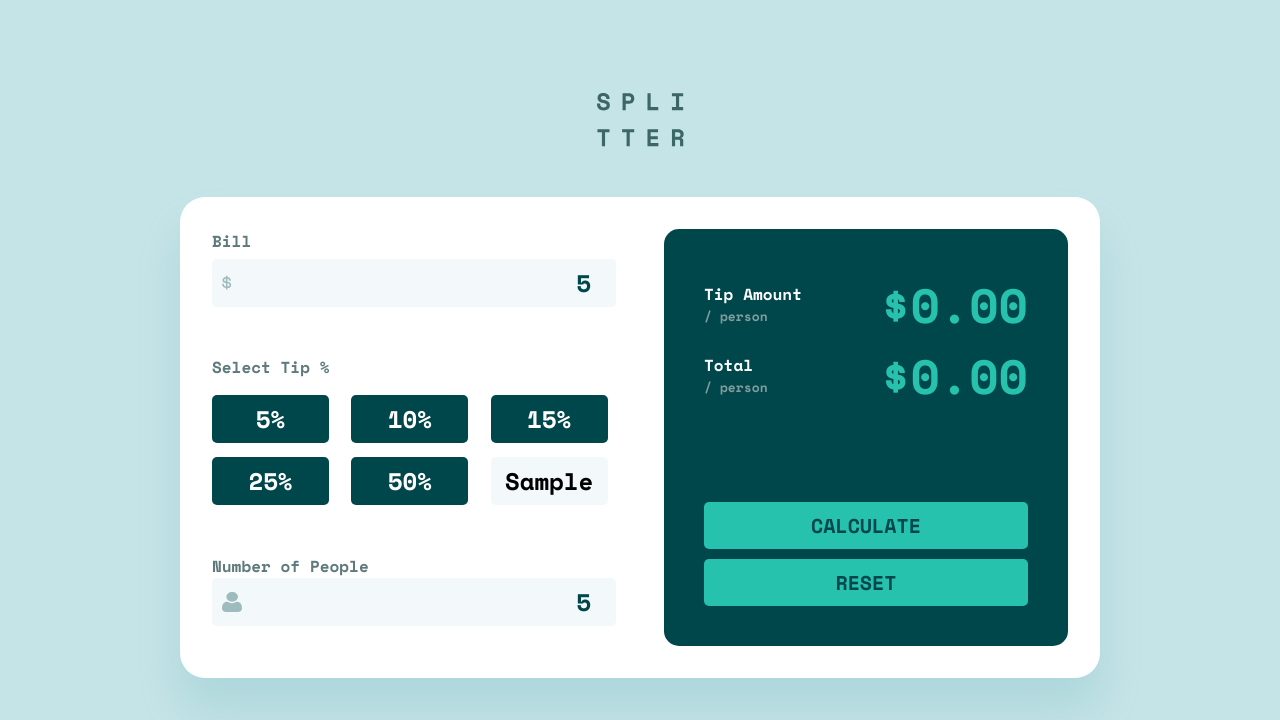
Repository: brandontaylor1/splitter
Page: index.html
These files come from the project's save history. The page is drawn as it stood at one moment and after a run of saves; the edit follows.
The browser window is 1280 px wide. The pictures show the whole page.
Empty fields were first filled with sample values (such as "Sample", 5 or name@example.com).
After loading, the first visible `#calculate-button` was clicked once.

Above is the page before, as saved 2025-02-07 13:50:24.
Console error: ReferenceError: tipAmount is not defined

### index.html
<!DOCTYPE html>
<html lang="en">
<head>
    <meta charset="UTF-8">
    <meta name="viewport" content="width=device-width, initial-scale=1.0">
    <link rel="preconnect" href="https://fonts.googleapis.com">
    <link rel="preconnect" href="https://fonts.gstatic.com" crossorigin>
    <link href="https://fonts.googleapis.com/css2?family=Space+Mono:ital,wght@0,400;0,700;1,400;1,700&display=swap" rel="stylesheet">
    <link rel="stylesheet" href="styles.css">
    <title>Splitter | Tip Calculator</title>
</head>
<body>
    <img src="./assets/images/logo.svg" id="logo-image" alt="logo image">
    <h1 class="error-message" id="form-error"></h1>
    <main class="container">
        <form>
            <div class="left-column">
                <div class="bill-input">
                    <div class="bill-titles">
                        <h2>Bill</h2>
                        <p class="error-message" id="bill-error"></p>
                    </div>
                    <div class="bill-input-with-icon">
                        <input type="number" min="0.00" max="10000.00" id="bill-input" placeholder="$0.00">
                    </div>
                </div>
                <div class="tip-input">
                    <div class="tip-titles">
                        <h2 id="select-tip-title">Select Tip %</h2>
                        <p class="error-message" id="tip-error"></p>
                    </div>
                    <div class="tip-buttons">
                        <button type="button" class="tip-button" value=".05">5%</button>
                        <button type="button" class="tip-button" value=".10">10%</button>
                        <button type="button" class="tip-button" value=".15">15%</button>
                        <button type="button" class="tip-button" value=".25">25%</button>
                        <button type="button" class="tip-button" value=".50">50%</button>
                        <input type="text" id="custom-tip" placeholder="Custom">
                    </div>
                </div>
                <div class="number-of-people-input">
                    <div class="people-titles">
                        <h2 id="number-of-people-title">Number of People</h2>
                        <p class="error-message" id="people-error"></p>
                    </div>
                    <div class="person-input-with-icon">
                        <input type="number" id="number-of-people-input" placeholder="0">
                    </div>
                </div>
            </div>
        </form>
        <div class="right-column">
                <div class="info-container">
                    <div class="tip-calculations">
                        <div class="tip-amount">
                            <div class="info">
                                <h3>Tip Amount</h3>
                                <p>/ person</p>
                            </div>
                            <div class="amount">
                                <h1 id="tip-amount">$0.00</h1>
                            </div>
                        </div>
                        <div class="total">
                            <div class="info">
                                <h3>Total</h3>
                                <p>/ person</p>
                            </div>
                            <div class="amount">
                                <h1 id="total-amount">$0.00</h1>
                            </div>
                        </div>
                    </div>
                    <div class="button-container">
                        <button type="button" id="calculate-button">
                            CALCULATE
                        </button>
                        <button type="button" id="reset-button">
                            RESET
                        </button>
                    </div>
        </div>
    </main>

    <script src="index.js"></script>
</body>
</html>

### styles.css
* {
    box-sizing: border-box;
    margin: 0;
    padding: 0;
}

:root {
    --background-color: #C5E4E7;
    --input-button-color: #00474B;
    --primary-white: #fff;
    --calculated-numbers-color: #26C2AE;
    --input-title-color: #5E7A7D;
    --input-background-color: #F3F9FA;
    --input-icon-color: #9EBBBD;
    --title-text-color: #3D6666;
    --custom-input-color: #547878;
}

/* UTILITY CLASSES */
.space-mono-regular {
    font-family: "Space Mono", serif;
    font-weight: 400;
    font-style: normal;
  }

  .space-mono-bold {
    font-family: "Space Mono", serif;
    font-weight: 700;
    font-style: normal;
  }

  .space-mono-regular-italic {
    font-family: "Space Mono", serif;
    font-weight: 400;
    font-style: italic;
  }

  .space-mono-bold-italic {
    font-family: "Space Mono", serif;
    font-weight: 700;
    font-style: italic;
  }


body {
    background-color: #C5E4E7;
    height: 100vh;
    width: 100%;
    display: flex;
    flex-direction: column;
    justify-content: center;
    align-items: center;
    font-family: "Space Mono", monospace;
}

#logo-image {
    margin: 50px 0;
}


.container {
    background-color: var(--primary-white);
    width: 920px;
    height: 481px;
    border-radius: 25px;
    box-shadow: 0px 32px 43px 0px rgba(79, 166, 175, 0.20);
    display: grid;
    gap: 48px;
    grid-template-columns: 1fr 1fr;
    padding: 32px;
}

.left-column {
    display: flex;
    flex-direction: column;
    justify-content: space-between;
    width: 100%;
    height: 100%;
}

.right-column {
    grid-column: 2 / 3;
    width: 100%;
    height: 100%;
    border-radius: 15px;
    background-color: var(--input-text-color);
}

input {
    height: 48px;
    width: 100%;
    padding: 10px;
    display: flex;
    flex-direction: row;
    justify-content: space-between;
    background-color: var(--input-background-color);
    border: none;
    border-radius: 5px;
    margin-bottom: 20px;
}

.person-input-with-icon input{
    width: 100%;
    font-family: "Space Mono", monospace;
    font-size: 24px;
    color: #00474B;
    font-weight: 600;
    background-image: url("./assets/images/icon-person.svg");
    background-repeat: no-repeat;
    background-position: 10px center;
    background-size: 20px 20px;
    text-align: right;
}

#bill-input {
    width: 100%;
    font-family: "Space Mono", monospace;
    font-size: 24px;
    font-weight: 600;
}

#number-of-people-input {
    width: 100%;
    font-family: "Space Mono", monospace;
    font-size: 24px;
    color: #00474B;
    font-weight: 600;
}

.bill-input-with-icon input {
    width: 100%;
    font-family: "Space Mono", monospace;
    font-size: 24px;
    color: #00474B;
    font-weight: 600;
    background-image: url("./assets/images/icon-dollar.svg");
    background-repeat: no-repeat;
    background-position: 10px center;
    background-size: auto 15px;
    text-align: right;
}

.bill-input h2 {
    font-size: 16px;
    color: var(--input-title-color);
    margin-bottom: 6px;
}

.tip-buttons {
    display: grid;
    grid-template-columns: repeat(3, 1fr);
    gap: 14px;
}

#select-tip-title {
    color: #5E7A7D;
    font-size: 16px;
    margin-bottom: 16px;
}

.tip-button {
    width: 117px;
    height: 48px;
    flex-shrink: 0;
    border: none;
    border-radius: 5px;
    background-color: #00474B;
    color: var(--primary-white);
    font-family: "Space Mono", monospace;
    font-size: 24px;
    font-weight: 600;
}


.tip-button:hover {
    background-color: #26C2AE;
    color: #00474B;
}

.active {
    background-color: #26C2AE;
    color: #00474B;
}

.disabled {
    background-color: #00474B;
    color: #5E7A7D;
    opacity: .5;
}

#custom-tip {
    width: 117px;
    height: 48px;
    flex-shrink: 0;
    text-align: center;
    font-size: 24px;
    font-weight: 600;
    font-family: "Space Mono", monospace;
}

#number-of-people-title {
    color: #5E7A7D;
    font-size: 16px;
}


.right-column {
    background-color: #00474B;
    padding: 40px;
    display: flex;
    flex-direction: column;
    justify-content: space-between;
}

.info-container {
    display: flex;
    flex-direction: column;
    justify-content: space-between;
    height: 100%;

}

.tip-amount, .total {
    display: flex;
    flex-direction: row;
    justify-content: space-between;
    align-items: center;
    color: var(--primary-white);
}

.amount {
    color: #26C2AE;
    font-size: 24px;
    font-family: "Space Mono", monospace;
}

.info h3 {
    font-size: 16px;
    color: var(--primary-white);
}

.info p {
    font-size: 13px;
    color: #7F9D9F;
    font-family: "Space Mono", monospace;
    font-weight: 700;
}

.button-container {
    display: flex;
    flex-direction: column;


}

#calculate-button   {
    padding: 9px 40px;
    text-align: center;
    border: none;
    cursor: pointer;
    background-color: #26C2AE;
    color: #00474B;
    border-radius: 5px;
    font-size: 20px;
    font-weight: 600;
    font-family: "Space Mono", monospace;
    margin-bottom: 10px;
}

#reset-button {
    padding: 9px 40px;
    text-align: center;
    border: none;
    cursor: pointer;
    background-color: #26C2AE;
    color: #00474B;
    border-radius: 5px;
    font-size: 20px;
    font-weight: 600;
    font-family: "Space Mono", monospace;
}

.error-message {
    color: red;
    font-size: 10px;
}

.bill-titles, .people-titles, .tip-titles {
    display: flex;
    flex-direction: row;
    justify-content: space-between;
    align-items: center;
}

#form-error {
    font-size: 18px;
}

@media screen and (max-width: 852px) {
    .container {
        width: 90%;
        height: 100%;
        display: flex;
        flex-direction: column;
        justify-content: space-between;
        padding: 20px;
    }

    .right-column {
        grid-column: 1 / 2;
        width: 100%;
        height: 100%;
        border-radius: 15px;
        background-color: var(--input-text-color);
    }

    .left-column {
        display: flex;
        flex-direction: column;
        justify-content: space-between;
        width: 100%;
        height: 100%;
    }

    .right-column {
        background-color: #00474B;
        padding: 40px;
        display: flex;
        flex-direction: column;
        justify-content: space-between;
    }

    .info-container {
        display: flex;
        flex-direction: column;
        justify-content: space-between;
        height: 100%;
    }

    .tip-amount, .total {
        display: flex;
        flex-direction: row;
        justify-content: space-between;
        align-items: center;
        color: var(--primary-white);
    }

    .amount {
        color: #26C2AE;
        font-size: 24px;
        font-family: "Space Mono", monospace;
    }

    .info h3 {
        font-size: 16px;
        color: var(--primary-white);
    }

    .info p {
        font-size: 13px;
        color: #7F9D9F;
        font-family: "Space Mono", monospace;
        font-weight: 700;
    }

    .button-container {
        display: flex;
        flex-direction: column;
    }

    #calculate-button   {
        padding: 9px 40px;
        text-align: center;
        border: none;
        cursor: pointer;
        background-color: #26C2AE;
        color: #00474B;
        border-radius: 5px;
        font-size: 20px;
        font-weight: 600;
        font-family: "Space Mono", monospace;
        margin-bottom: 10px;
    }

    #reset-button {
        padding: 9px 40px;
        text-align: center;
        border: none;
        cursor: pointer;
        background-color: #26C2AE;
    }
}

### index.js
const billInput = document.querySelector("#bill-input");
const peopleInput = document.querySelector("#number-of-people-input");
const tipAmountElement = document.getElementById("tip-amount");
const totalAmountElement = document.getElementById("total-amount");
const tipButtons = document.querySelectorAll('.tip-button')

const calculateBtn = document.querySelector("#calculate-button");
const resetBtn = document.querySelector("#reset-button");
const formError = document.querySelector('#form-error')
const peopleError = document.querySelector("#people-error");
const billError = document.querySelector('#bill-error')
const tipError = document.querySelector('#tip-error')

let billAmount = 0
let tipPercentage = 0
let numberOfPeople = 0

tipButtons.forEach(button => {
    button.addEventListener('click', () => {
        if(button.classList.contains('active')) {
            button.classList.remove('active')
        } else {
            button.classList.add('active')
        }
        tipPercentage = button.value
        console.log(tipPercentage)
    })
})

function validateAmount(input) {
    if(!isNaN(input) && input !== "" && input > 0) {
        const dollarAmount = parseFloat(input);
        billAmount = dollarAmount;
    } else {
        console.log("Invalid input. Please enter a valid number");
        billError.textContent = "Please enter a valid number";
    }
}

function validatePeople(input) {
    if(!isNaN(input) && input !== "" && input > 0) {
        const people = parseFloat(input);
        numberOfPeople = people;
        console.log(numberOfPeople)
    } else {
        console.log("Invalid input. Please enter a valid number");
        peopleError.textContent = "Please enter a valid number";
    }
}

function calculateTipAmount(bill, tipCalculated, people) {
    return (bill * tipCalculated) / people
}

function calculateTotalAmount(bill, tipAmount, people) {
    return (bill + tipAmount) / people

}

calculateBtn.addEventListener("click", () => {
    let hasError = false;

    if(billAmount === undefined || tipPercentage === undefined || numberOfPeople === undefined) {
        formError.innerText = "Please fill out all fields";
        hasError = true;
    }

    if (billAmount === undefined || billAmount === "") {
        billError.innerText = "Please enter a bill amount";
        hasError = true;
        tip.innerText = "$0.00";
        total.innerText = "$0.00";
    } else {
        billError.innerText = "";
    }

    if (tipPercentage === undefined || tipPercentage === "") {
        tipError.innerText = "Please select a tip percentage";
        hasError = true;
        tip.innerText = "$0.00";
        total.innerText = "$0.00";
    } else {
        tipError.innerText = "";
    }

    if (numberOfPeople === undefined || numberOfPeople === "") {
        peopleError.innerText = "Please enter a valid number";
        hasError = true;
        tip.innerText = "$0.00";
        total.innerText = "$0.00";
    } else {
        peopleError.innerText = "";
    }


    calculateTipAmount(billAmount, tipPercentage, numberOfPeople)
    calculateTotalAmount(billAmount, tipAmount, numberOfPeople)

    tipAmountElement.innerText = `$${tipAmount.toFixed(2)}`;
    totalAmountElement.innerText = `$${totalAmount.toFixed(2)}`;

    calculateBtn.disabled = true;

})

resetBtn.addEventListener("click", () => {
    billInput.value = ""
    peopleInput.value = ""
    tipAmount = 0
    totalBill = 0
    tip.innerText = "$0.00"
    total.innerText = "$0.00"
    tipButtons.forEach(button => {
        button.classList.remove('active')
    })
    tipPercentage = 0
    billAmount = 0
    numberOfPeople = 0
    formError.innerText = ""
    billError.innerText = ""
    tipError.innerText = ""
    peopleError.innerText = ""

    calculateBtn.disabled = false

})

// billInput.addEventListener("input", () => {
//     console.log(billInput.value);
//     validateAmount(billInput.value);
// })

// peopleInput.addEventListener("input", () => {
//     console.log(peopleInput.value);
//     validatePeople(peopleInput.value);
// })

After the next 2 saves:
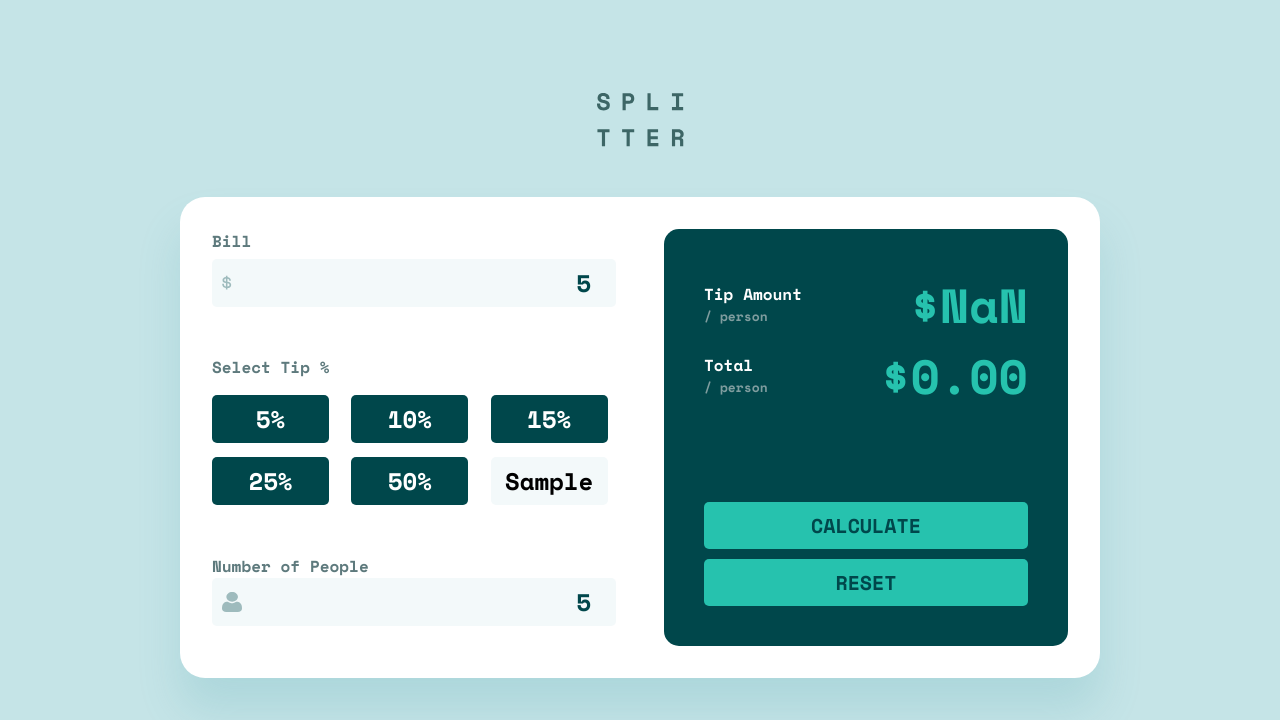
Console error: ReferenceError: totalAmount is not defined
The 2 saves are shown as one change because they came seconds apart.
The last was saved 40 s later.
--- a/index.js
+++ b/index.js
@@ -93,7 +93,7 @@ calculateBtn.addEventListener("click", () => {
     }
 
 
-    calculateTipAmount(billAmount, tipPercentage, numberOfPeople)
+    const tipAmount = calculateTipAmount(billAmount, tipPercentage, numberOfPeople)
     calculateTotalAmount(billAmount, tipAmount, numberOfPeople)
 
     tipAmountElement.innerText = `$${tipAmount.toFixed(2)}`;
